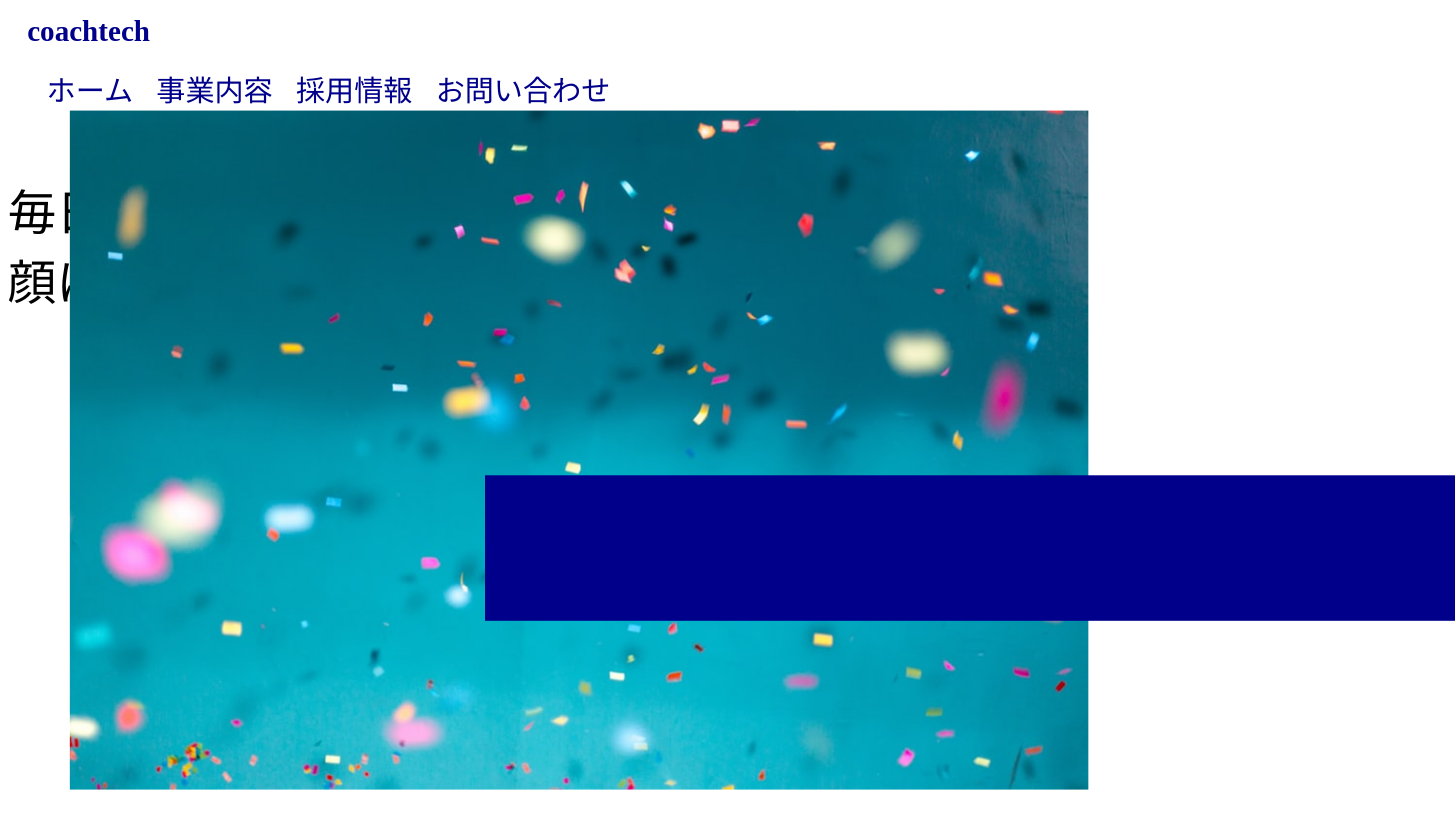
Repository: moro-ayu3/20230213_morohoshi
Page: index.html
These files come from the project's save history. The page is drawn as it stood at one moment and after the next save; the edit follows.
The browser window is 1280 px wide. The page is 1500 px wide, so the pictures cover 1500 px, including what lies to the right of the window. The pictures show the whole page, at 97% of full size.

Above is the page before, as saved 2023-02-13 14:38:38.

After the next save:
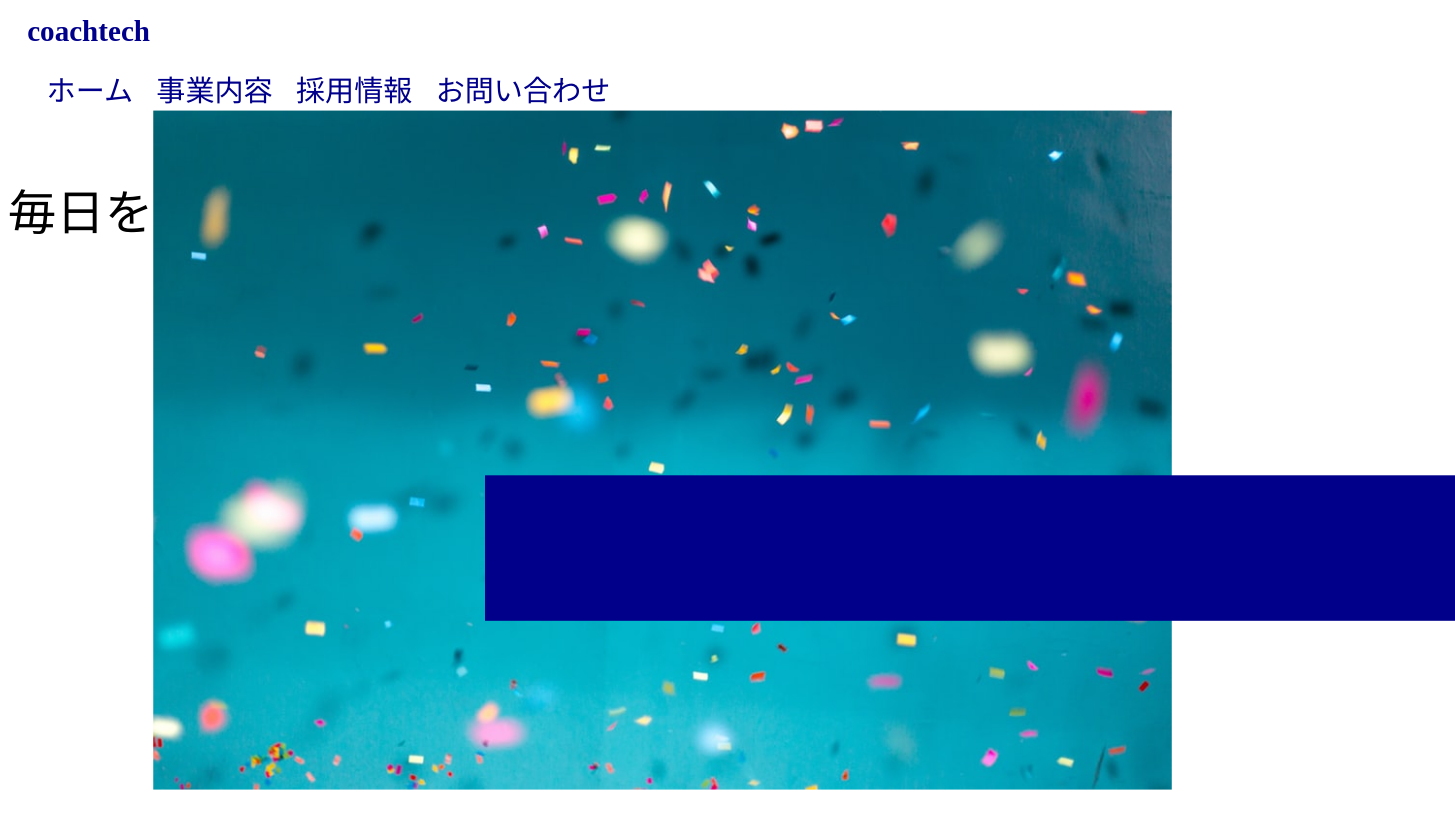
Saved 4 s later.
--- a/style.css
+++ b/style.css
@@ -31,7 +31,7 @@
 }
 
 .img {
-  width: 300;
+  width: 300px;
   position: right;
 }
 

After the 4 saves that followed:
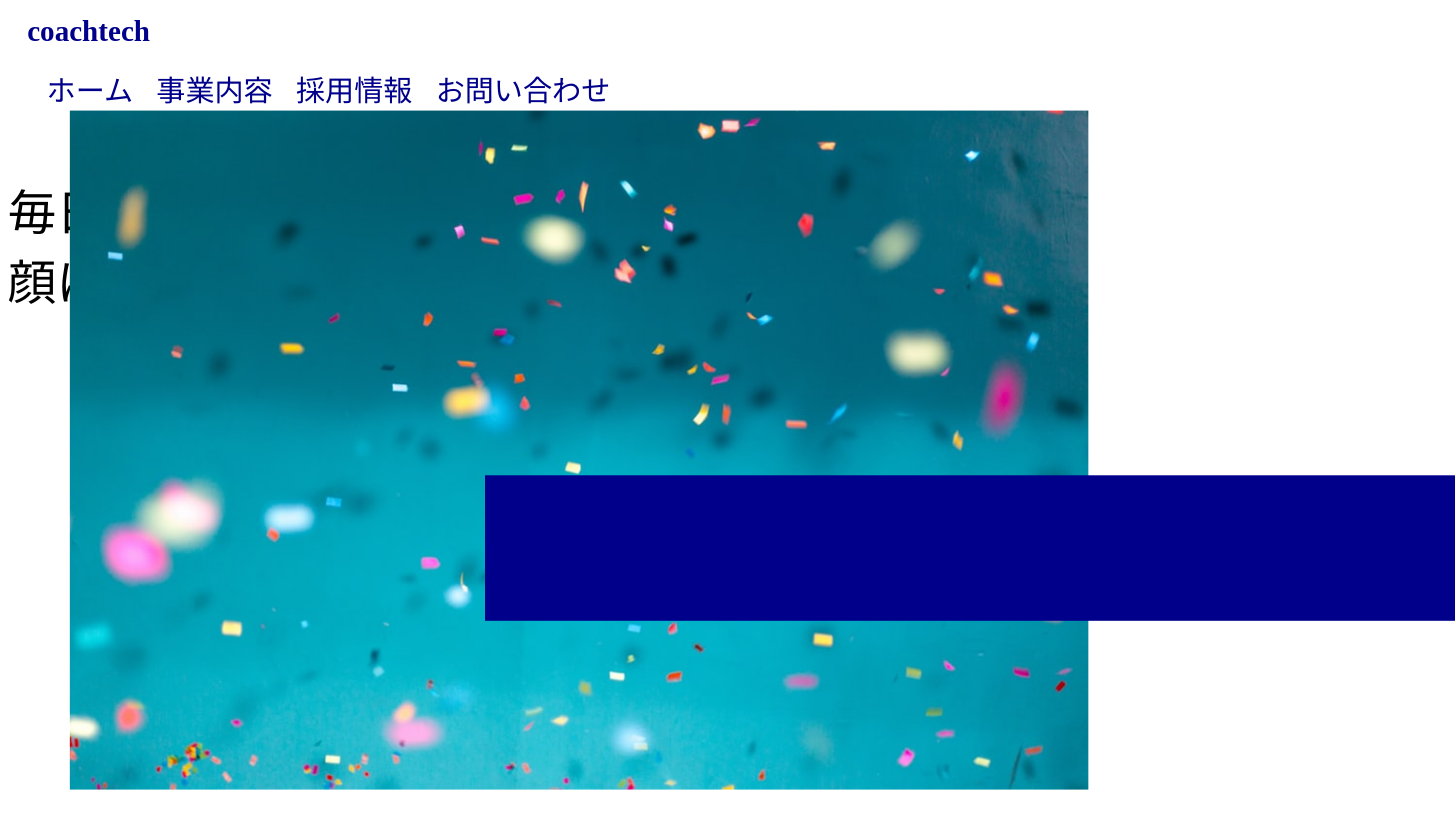
The 4 saves are shown as one change because they came seconds apart.
The last was saved 22 s later.
--- a/style.css
+++ b/style.css
@@ -31,7 +31,7 @@
 }
 
 .img {
-  width: 300px;
+  width: 100%
   position: right;
 }
 
